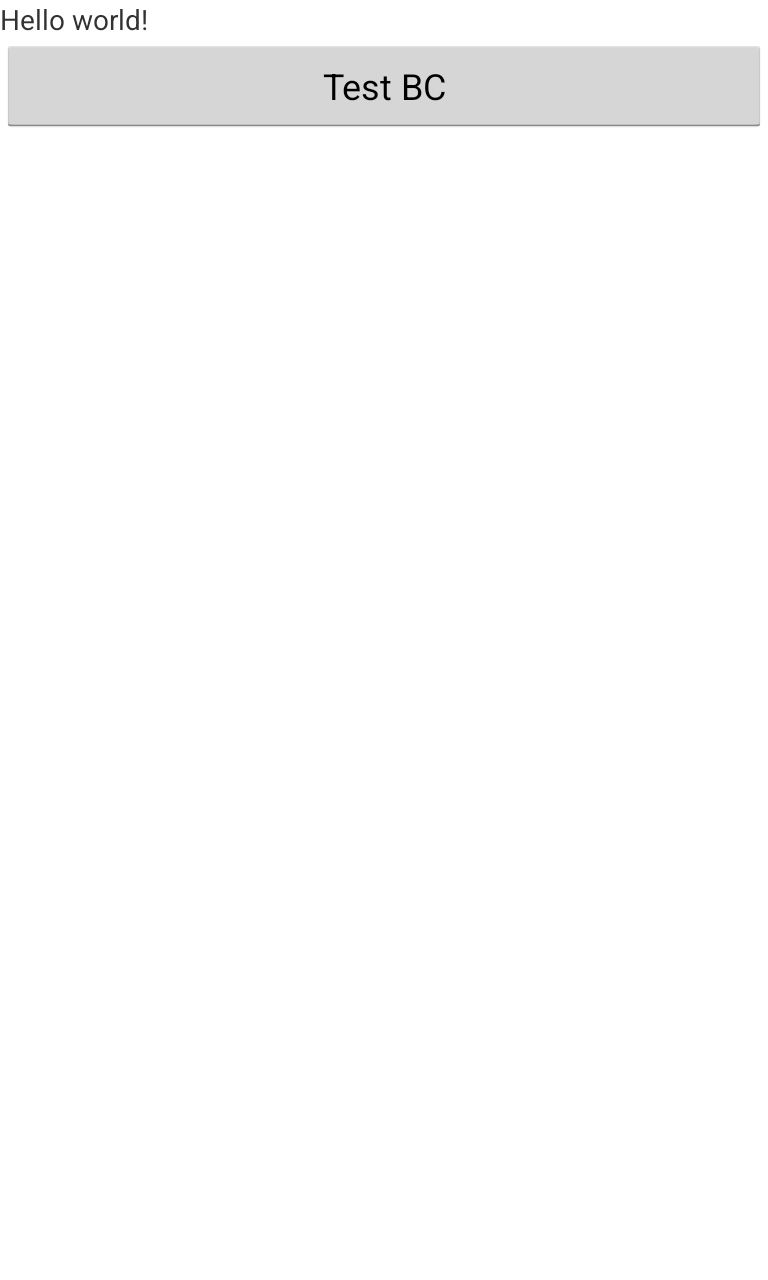
Repository: ChenLongAHXC/AndroidPractice
Layout: TestBC/res/layout/activity_main.xml
These files come from the project's save history. The layout is drawn as it stood at one moment and after the next save; the edit follows.
It is drawn on a 768 x 1280 px phone screen (xhdpi) without system bars, with theme AppTheme; the app's code is not run.

Above is the layout before, as saved 2014-03-13 12:54:23.

After the next save:
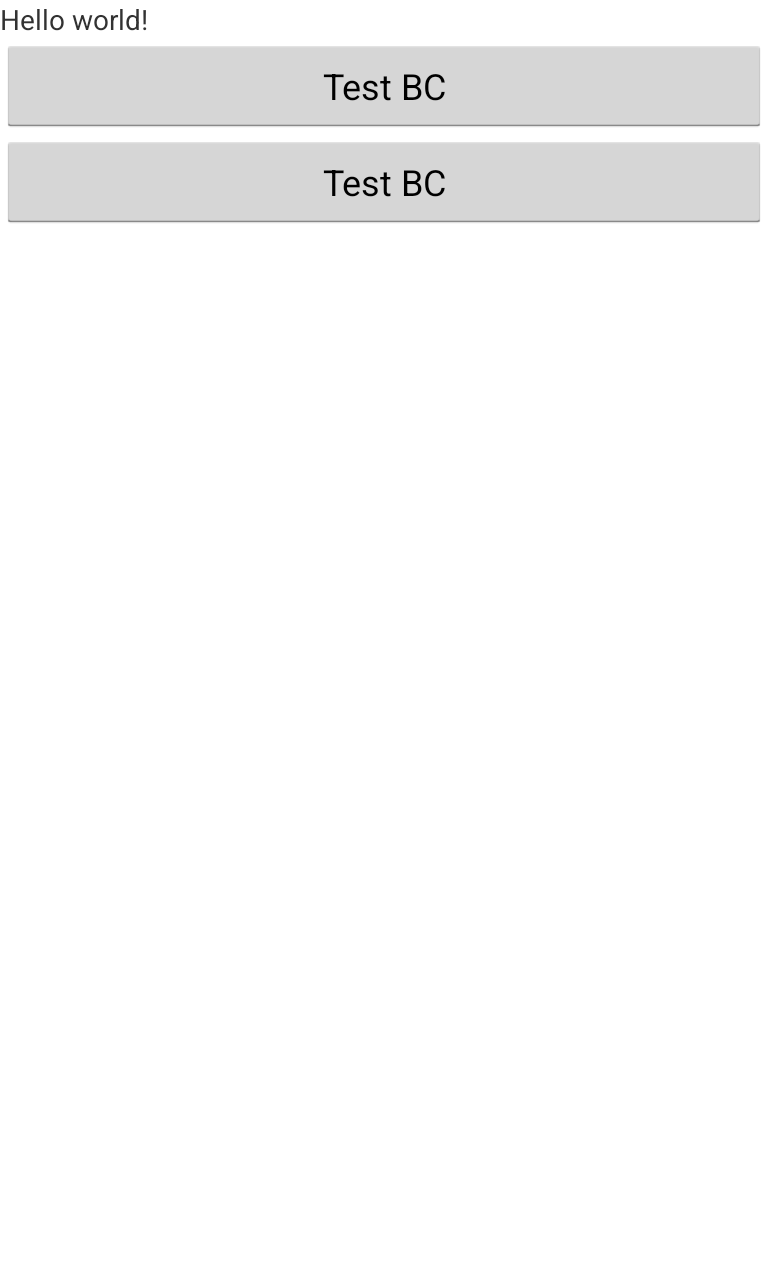
Saved 6 s later.
--- a/TestBC/res/layout/activity_main.xml
+++ b/TestBC/res/layout/activity_main.xml
@@ -13,4 +13,10 @@
 	    android:layout_width="fill_parent"
         android:layout_height="wrap_content"
         android:text="@string/testBC" />
+
+	<Button
+	    android:id="@+id/showBC"
+	    android:layout_width="fill_parent"
+        android:layout_height="wrap_content"
+        android:text="@string/testBC" />
 </LinearLayout>
